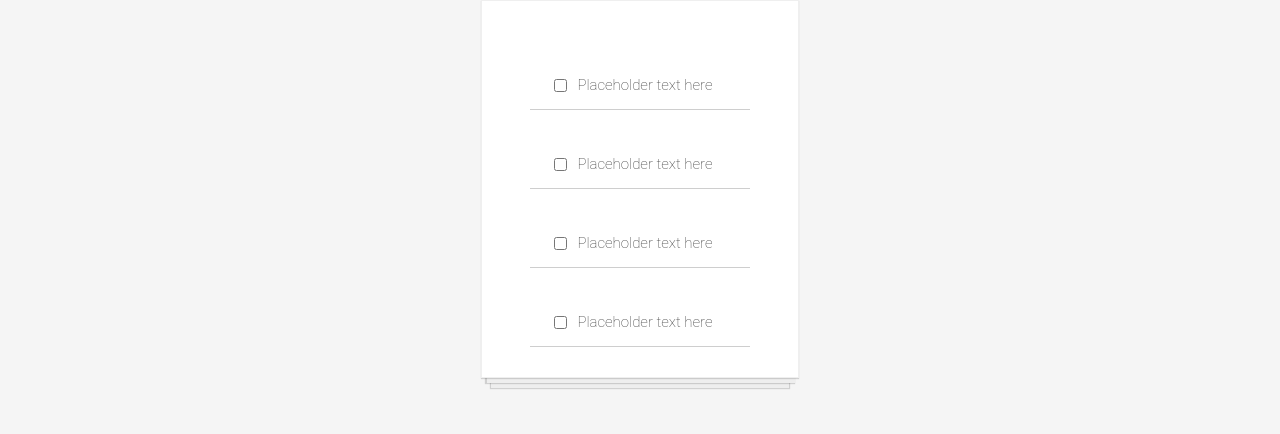
Repository: 0101chaitanya/react-todo
Page: /
An editor plug-in stored every save of this project. The page is shown before and after a run of saves, followed by the edit.
The browser window is 1280 px wide. The pictures show the whole page.
The project was rebuilt for these pictures with package versions that can differ from the ones it lists, and the page was loaded fresh each time.

Above is the page before, as saved 2021-07-21 17:37:51.

### src/App.js
import "./App.css";
import TodoComp from "./components/todoComp";
function App() {
  return (
    <div className="todo-list">
      <TodoComp />

      <TodoComp />
      <TodoComp />
      <TodoComp />
    </div>
  );
}

export default App;

### src/App.css
body {
  background-color: whitesmoke;
}

.todo-list {
  background-color: white;
  margin: auto;
  width: 20%;
  display: flex;
  flex-direction: column;
  align-items: center;
  border: 1px solid #efefef;
  box-shadow:
    /* The top layer shadow */ 0 1px 1px rgba(0, 0, 0, 0.15),
    /* The second layer */ 1px 10px 0 -5px #eee,
    /* The second layer shadow */ 0 10px 1px -4px rgba(0, 0, 0, 0.15),
    /* The third layer */ 0 20px 0 -10px #eee,
    /* The third layer shadow */ 0 20px 1px -9px rgba(0, 0, 0, 0.15);
  padding: 30px;
}

.todo-item {
  display: flex;
  justify-content: flex-start;
  align-items: center;
  padding: 30px 20px 0;
  width: 70%;
  border-bottom: 1px solid #cecece;
  font-family: Roboto, sans-serif;
  font-weight: 100;
  font-size: 15px;
  color: #333333;
}

input[type="checkbox"] {
  margin-right: 10px;
  font-size: 30px;
}

input[type="checkbox"]:focus {
  outline: 0;
}

### src/components/todoComp.js
import React from "react";

function TodoComp() {
  return (
    <div className="todo-item">
      <input type="checkbox" />
      <p>Placeholder text here</p>
    </div>
  );
}

export default TodoComp;

### src/todoExamples.js
const todosData = [
  {
    id: 1,
    text: "Take out the trash",
    completed: true,
  },
  {
    id: 2,
    text: "Grocery shopping",
    completed: false,
  },
  {
    id: 3,
    text: "Clean gecko tank",
    completed: false,
  },
  {
    id: 4,
    text: "Mow lawn",
    completed: true,
  },
  {
    id: 5,
    text: "Catch up on Arrested Development",
    completed: false,
  },
];

export default todosData;

Loaded but not shown: public/index.html (common file); src/index.js (common file); src/index.css (common file); src/reportWebVitals.js (common file)

After the next 3 saves:
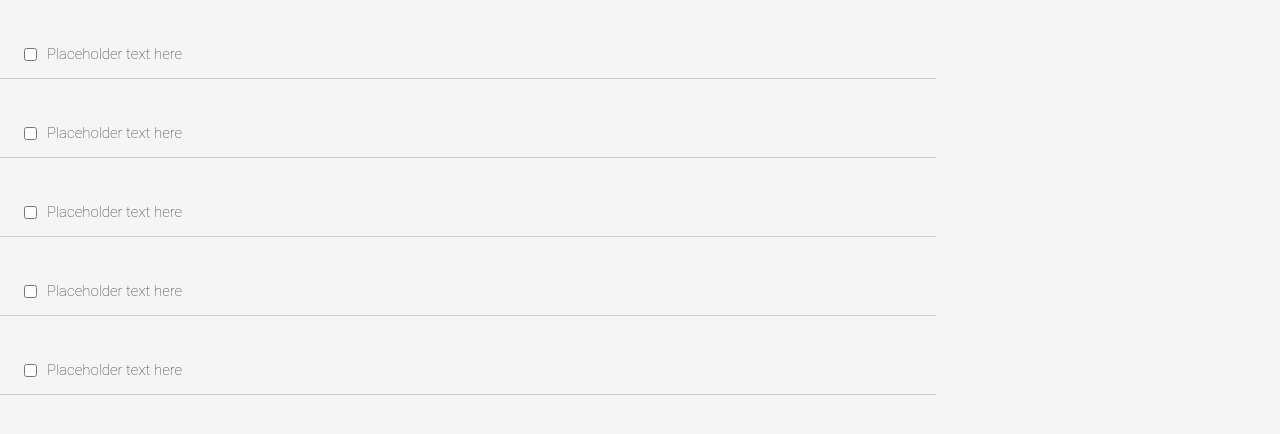
The 3 saves are shown as one change because 1 did not build or start and some came seconds apart.
The last was saved 4 min 17 s later.
--- a/src/App.js
+++ b/src/App.js
@@ -1,15 +1,11 @@
 import "./App.css";
 import TodoComp from "./components/todoComp";
+import todosData from "./todoExamples";
 function App() {
-  return (
-    <div className="todo-list">
-      <TodoComp />
-
-      <TodoComp />
-      <TodoComp />
-      <TodoComp />
-    </div>
-  );
+  const todoItems = todosData.map((item) => (
+    <TodoComp item={item} key={item.id} />
+  ));
+  return todoItems;
 }
 
 export default App;
